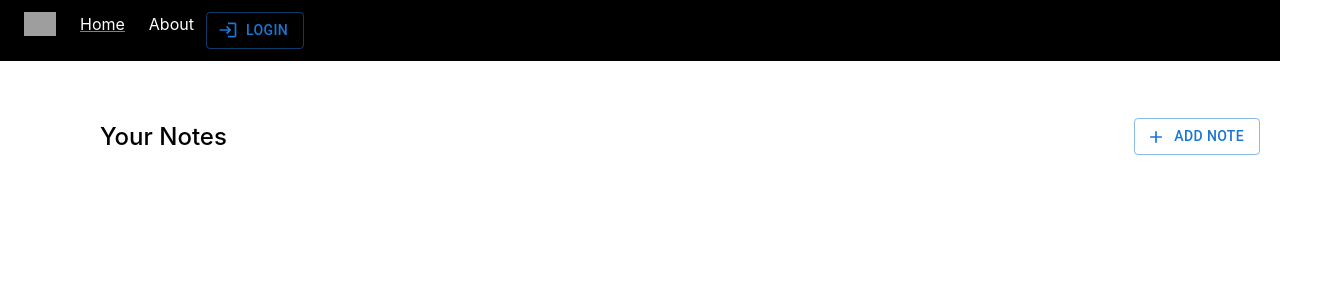
Repository: sonawaneteju4/iNote
Page: /
An editor plug-in stored every save of this project. The page is shown before and after a run of saves, followed by the edit.
The browser window is 1280 px wide. The page is 1320 px wide, so the pictures cover 1320 px, including what lies to the right of the window. The pictures show the whole page.
Pictures or frames that could not be fetched are drawn as grey boxes. The page's requests for data from a server got no answer. Some web libraries are served in a nearby version. The project was rebuilt for these pictures with package versions that can differ from the ones it lists, and the page was loaded fresh each time. No one was signed in, and anything a server would have sent is missing. Also part of the build but not shown: src/App.css, src/components/NoteModal.js, src/components/NoteCard.js, src/components/About.js, src/components/Alert.js.

Above is the page before, as saved 2022-10-12 15:13:26.

### public/index.html
<!DOCTYPE html>
<html lang="en">
  <head>
    <meta charset="utf-8" />
    <link rel="icon" href="%PUBLIC_URL%/favicon.ico" />
    <meta name="viewport" content="width=device-width, initial-scale=1" />
    <meta name="theme-color" content="#000000" />
    <meta
      name="description"
      content="Web site created using create-react-app"
    />
    <link rel="apple-touch-icon" href="%PUBLIC_URL%/logo192.png" />

    <link rel="manifest" href="%PUBLIC_URL%/manifest.json" />

    <title>iNote - Secured Notes On Cloud</title>
  </head>
  <body>
    <noscript>You need to enable JavaScript to run this app.</noscript>
    <script src="https://kit.fontawesome.com/61d960ae85.js" crossorigin="anonymous"></script>
    <div id="root"></div>
  </body>
</html>

### src/App.js
import "./App.css";
import { BrowserRouter, Routes, Route } from "react-router-dom";
import Navbar from "./components/Navbar";
import Home from "./components/Home";
import About from "./components/About";
import NoteState from "./context/notes/NoteAPIs";
import Alert from "./components/Alert";

function App() {
  return (
    <>
      <NoteState>
        <BrowserRouter>
          <Navbar />
          <div className="container m-10">

          <Routes>
            <Route exact path="/" element={<Home />}></Route>
            <Route exact path="/about" element={<About />}></Route>
          </Routes>
          </div>
        </BrowserRouter>
      </NoteState>
    </>
  );
}

export default App;

### src/components/Navbar.js
import React, {useEffect} from 'react'
import { Link, useLocation } from 'react-router-dom'
import Button from '@mui/material/Button';
import LoginIcon from '@mui/icons-material/Login';
import LogoutIcon from '@mui/icons-material/Logout';

const Navbar = () => {
  let location = useLocation();
  useEffect(() => {

  }, [location])

  return (
    <nav className='flex bg-black text-white sticky top-0'>
        <ul className='flex m-3'>
            <li className='px-3'><Link to="/"><img alt="Logo" className='h-6' src='https://i.ibb.co/yyD6c8M/i-NOTE-3.png'></img></Link></li>
            <li className={`px-3  ${location.pathname==='/'? "underline decoration-sky-500": ""}`}><Link to="/">Home</Link></li>
            <li className={`px-3  ${location.pathname==='/about'? "underline decoration-sky-500": ""}`}><Link to="/about">About</Link></li>
            <Button className='' variant="outlined" startIcon={<LoginIcon />}>
        Login
      </Button>
        </ul>

    </nav>
  )
}

export default Navbar

### src/components/Home.js
import React from 'react'
// import NoteState from '../context/notes/NoteState';
import Notes from './AllNotes';

const Home = () => {

  return (
    <div className='mx-10'>
      <Notes />
    </div>

  )
}

export default Home

### src/context/notes/NoteAPIs.js
import NoteContext from "./NoteContext";
import { useState } from "react";

const NoteAPIs = (props) => {
  const host = "http://localhost:5000"
  const notesInitial = []
  const [notes, setNotes] = useState(notesInitial)

  // Get all Notes
  const getNotes = async () => {
    // API Call
    const response = await fetch(`${host}/api/notes/fetchallnotes`, {
      method: 'GET',
      headers: {
        'Content-Type': 'application/json',
        "auth-token": "eyJhbGciOiJIUzI1NiIsInR5cCI6IkpXVCJ9.eyJ1c2VyIjp7ImlkIjoiNjM0MDJkNzU1M2FmOTliMGVlZjI2NTM0In0sImlhdCI6MTY2NTE1MDMyNX0.21oCHuWw9znwAh1XjjmkspjjhwBbkDeEM_QBgueLQc0"
      }
    });
    const json = await response.json()
    // console.log(json)
    setNotes(json)
  }

  // Add a Note
  const addNote = async (title, description, tag) => {
    // TODO: API Call
    // API Call
    const response = await fetch(`${host}/api/notes/addnote`, {
      method: 'POST',
      headers: {
        'Content-Type': 'application/json',
        "auth-token": "eyJhbGciOiJIUzI1NiIsInR5cCI6IkpXVCJ9.eyJ1c2VyIjp7ImlkIjoiNjM0MDJkNzU1M2FmOTliMGVlZjI2NTM0In0sImlhdCI6MTY2NTE1MDMyNX0.21oCHuWw9znwAh1XjjmkspjjhwBbkDeEM_QBgueLQc0"
      },
      body: JSON.stringify({title, description, tag})
    }).then(async (res) =>{
      if(res.status === 200){

        console.log("Note Saved Successful")
      }
      else{
        console.log("Failed to Save note")
      }
    });

    // console.log("Adding a new note")
    const note = {
      "_id": "61322f119553781a8ca8d0e08",
      "user": "6131dc5e3e4037cd4734a0664",
      "title": title,
      "description": description,
      "tag": tag,
      "date": "2021-09-03T14:20:09.668Z",
      "__v": 0
    };
    setNotes(notes.concat(note))
  }

  // Delete a Note
  const deleteNote = async (id) => {
    // TODO: API Call
    const response = await fetch(`${host}/api/notes/deletenote/${id}`, {
      method: 'DELETE',
      headers: {
        'Content-Type': 'application/json',
        "auth-token": "eyJhbGciOiJIUzI1NiIsInR5cCI6IkpXVCJ9.eyJ1c2VyIjp7ImlkIjoiNjM0MDJkNzU1M2FmOTliMGVlZjI2NTM0In0sImlhdCI6MTY2NTE1MDMyNX0.21oCHuWw9znwAh1XjjmkspjjhwBbkDeEM_QBgueLQc0"
      },
    });
    const json = response.json();


    console.log("Deleting the note with id" + id);
    const newNotes = notes.filter((note) => { return note._id !== id })
    setNotes(newNotes)
  }
  // Edit a Note
  const editNote = async (id, title, description, tag) => {
    // API Call
    const response = await fetch(`${host}/api/notes/updatenote/${id}`, {
      method: 'POST',
      headers: {
        'Content-Type': 'application/json',
        "auth-token": "eyJhbGciOiJIUzI1NiIsInR5cCI6IkpXVCJ9.eyJ1c2VyIjp7ImlkIjoiNjM0MDJkNzU1M2FmOTliMGVlZjI2NTM0In0sImlhdCI6MTY2NTE1MDMyNX0.21oCHuWw9znwAh1XjjmkspjjhwBbkDeEM_QBgueLQc0"
      },
      body: JSON.stringify({title, description, tag})
    });
    const json = response.json();
    console.log(json)

    // Logic to edit in client
    for (let index = 0; index < notes.length; index++) {
      const element = notes[index];
      if (element._id === id) {
        element.title = title;
        element.description = description;
        element.tag = tag;
      }

    }
  }

  return (
    <NoteContext.Provider value={{ notes, addNote, deleteNote, editNote, getNotes }}>
      {props.children}
    </NoteContext.Provider>
  )

}
export default NoteAPIs;

### src/components/AllNotes.js
import React, { useState, useContext, useEffect } from "react";
import NoteContext from "../context/notes/NoteContext";
import NoteModal from "./NoteModal";
import NoteItem from "./NoteCard";
import Button from "@mui/material/Button";
import AddIcon from "@mui/icons-material/Add";

const Notes = () => {
  const context = useContext(NoteContext);
  const [showModal, setShowModal] = useState(false);
  const [showModalForUpdate, setShowModalForUpdate] = useState(false);
  const { notes, getNotes } = context;

  const [noteForUpdate, setNoteForUpdate] = useState();
  const forUpdate = true;
  useEffect(() => {
    getNotes();
  }, []);

  const updateNote = (note) => {
    setShowModalForUpdate(true);
    setNoteForUpdate(note);
  };

  return (
    <div>
      <div className="flex justify-between items-center my-5 mx-5 sticky">
        <h1 className="py-5 text-2xl font-medium">Your Notes</h1>
        <Button
          variant="outlined"
          startIcon={<AddIcon />}
          onClick={() => setShowModal(true)}
        >
          Add Note
        </Button>
      </div>
      {showModal && <NoteModal closeModal={setShowModal} />}
      {showModalForUpdate && (
        <NoteModal
          closeModal={setShowModalForUpdate}
          noteForUpdate={noteForUpdate}
          forUpdate={forUpdate}
        />
      )}
      <div className="grid grid-cols-3 items-stretch">
        {notes.map((note) => {
          return (
            <div key={note._id} onClick={() => updateNote(note)}>
              <NoteItem note={note} />
            </div>
          );
        })}
      </div>
    </div>
  );
};

export default Notes;

Loaded but not shown: src/index.js (common file); src/index.css (common file); src/context/notes/NoteContext.js (common file); tailwind.config.js (common file)

After the next 2 saves:
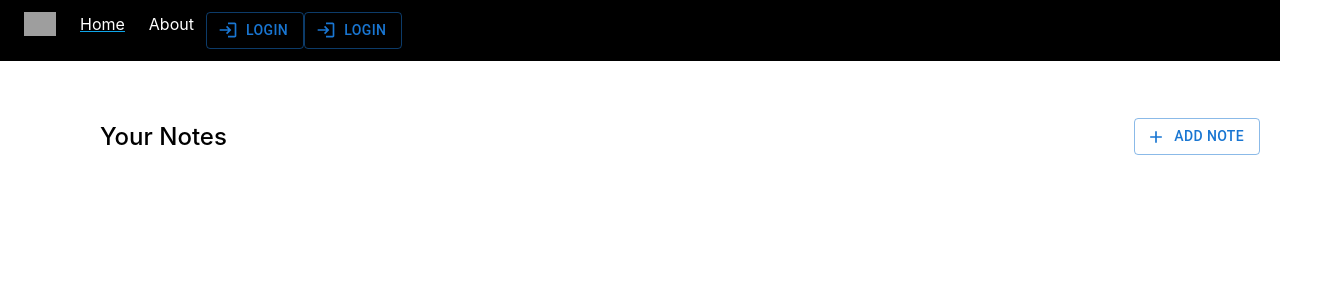
The 2 saves are shown as one change because they came seconds apart.
The last was saved 11 s later.
--- a/src/components/Navbar.js
+++ b/src/components/Navbar.js
@@ -16,7 +16,11 @@ const Navbar = () => {
             <li className='px-3'><Link to="/"><img alt="Logo" className='h-6' src='https://i.ibb.co/yyD6c8M/i-NOTE-3.png'></img></Link></li>
             <li className={`px-3  ${location.pathname==='/'? "underline decoration-sky-500": ""}`}><Link to="/">Home</Link></li>
             <li className={`px-3  ${location.pathname==='/about'? "underline decoration-sky-500": ""}`}><Link to="/about">About</Link></li>
+
             <Button className='' variant="outlined" startIcon={<LoginIcon />}>
+        Login
+      </Button>
+      <Button className='' variant="outlined" startIcon={<LoginIcon />}>
         Login
       </Button>
         </ul>
